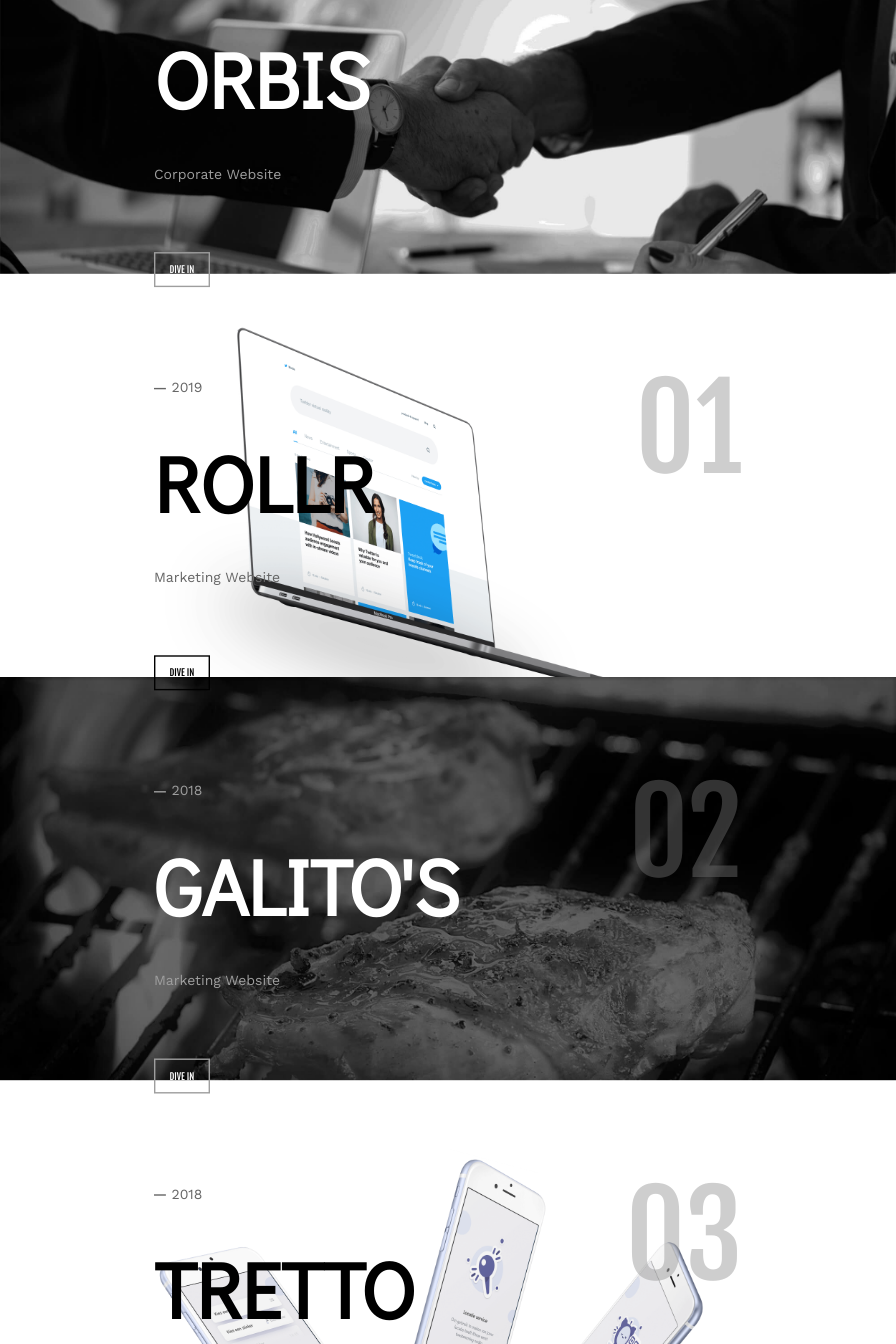
Repository: m0lt/DigitalDesigner
Page: index.html
These files come from the project's save history. The page is drawn as it stood at one moment and after the next save; the edit follows.
The browser window is 1280 px wide. The pictures show the part of the page from y = 1593 to 3513 px (the page is 5756 px tall), at 70% of full size.
The pointer rests on the first visible `.light button`.
Backgrounds fixed to the window are drawn as part of the page.

Above is the page before, as saved 2025-07-08 12:06:52.

After the next save:
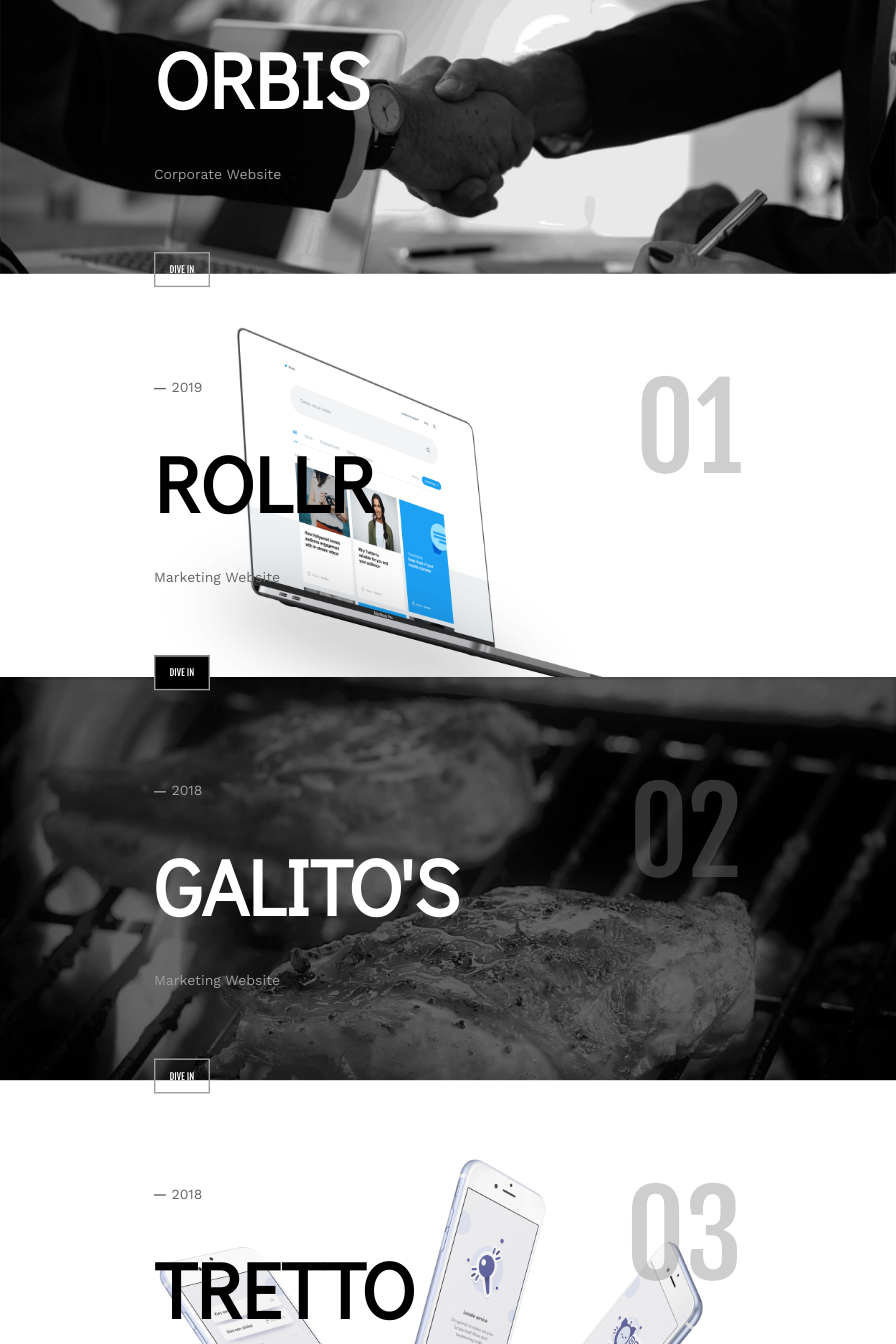
Saved 107 s later.
--- a/assets/css/styles.css
+++ b/assets/css/styles.css
@@ -125,6 +125,16 @@ p.number {
   border-color: var(--void);
   color: var(--void);
 }
+.light button:hover {
+  border-color: var(--light);
+  background-color: var(--bright);
+  color: var(--void);
+}
+.light button:hover {
+  border-color: var(--light);
+  background-color: var(--void);
+  color: var(--bright);
+}
 .light .Year::before {
   background-color: var(--mid);
 }
